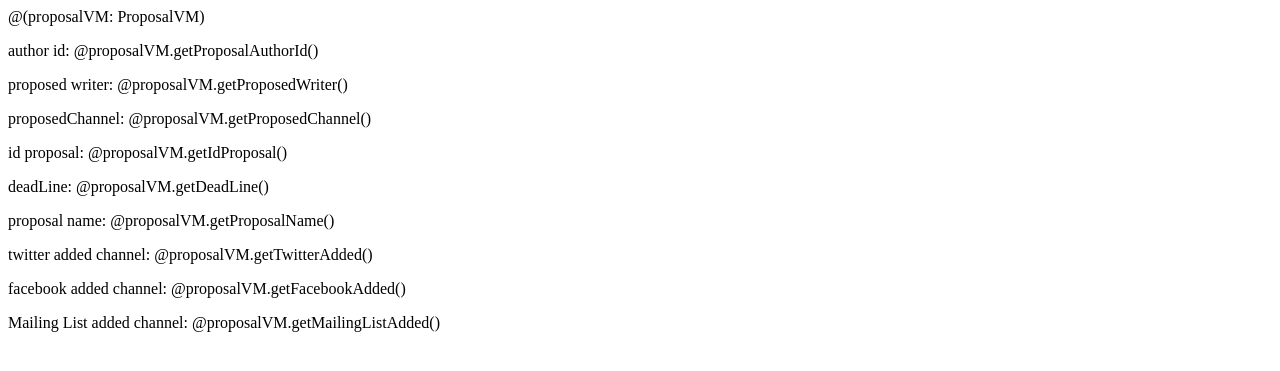
Repository: spirale-software/labo_master
Page: Application/oneDotCom/app/views/propositionTest.scala.html
An editor plug-in stored every save of this project. The page is shown before and after the next save, followed by the edit.
The browser window is 1280 px wide. The pictures show the whole page.

Above is the page before, as saved 2017-04-07 10:12:37.

After the next save:
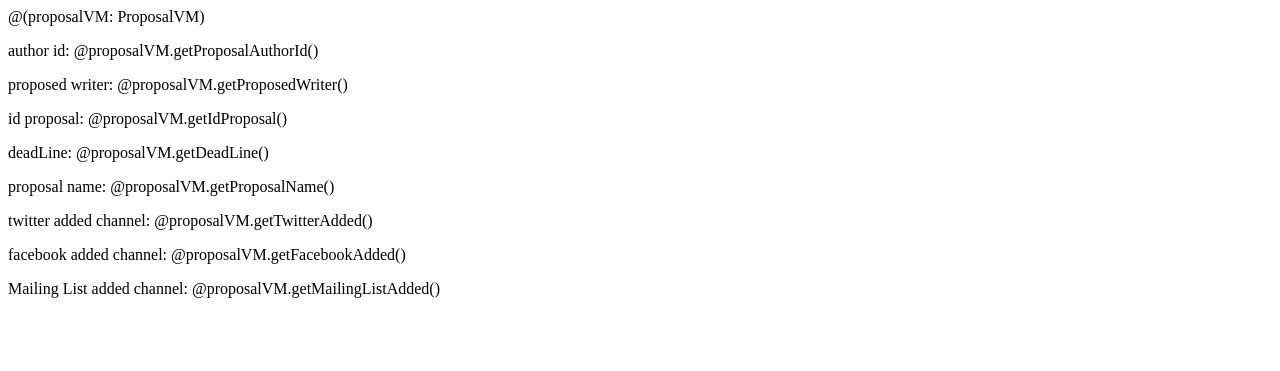
Saved 22 s later.
--- a/Application/oneDotCom/app/views/propositionTest.scala.html
+++ b/Application/oneDotCom/app/views/propositionTest.scala.html
@@ -3,8 +3,6 @@
 <p>author id: @proposalVM.getProposalAuthorId()</p>
 
 <p>proposed writer: @proposalVM.getProposedWriter()</p>
-
-<p>proposedChannel: @proposalVM.getProposedChannel()</p>
 
 <p>id proposal: @proposalVM.getIdProposal()</p>
 
